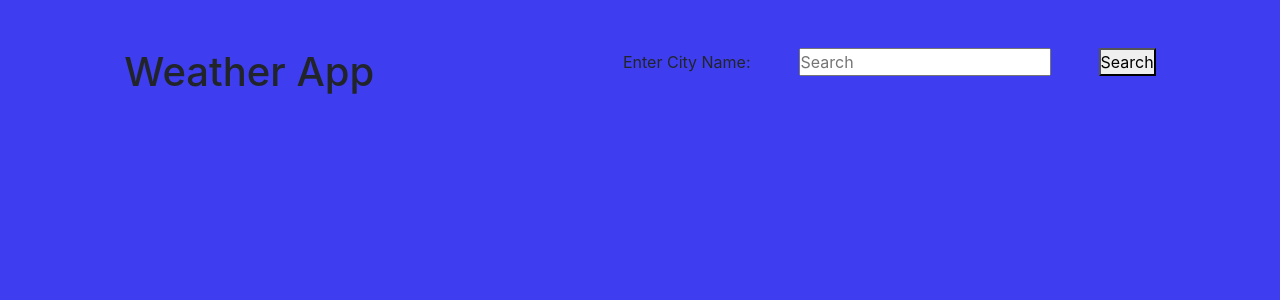
Repository: bhaveshtrades/weatherapp
Page: /
These files come from the project's save history. The page is drawn as it stood at one moment and after a run of saves; the edit follows.
The browser window is 1280 px wide. The pictures show the whole page.
The project was rebuilt for these pictures with package versions that can differ from the ones it lists, and the page was loaded fresh each time. Also part of the build but not shown: src/components/CurrentWeather.jsx.

Above is the page before, as saved 2023-01-08 19:09:53.

After the next 3 saves:
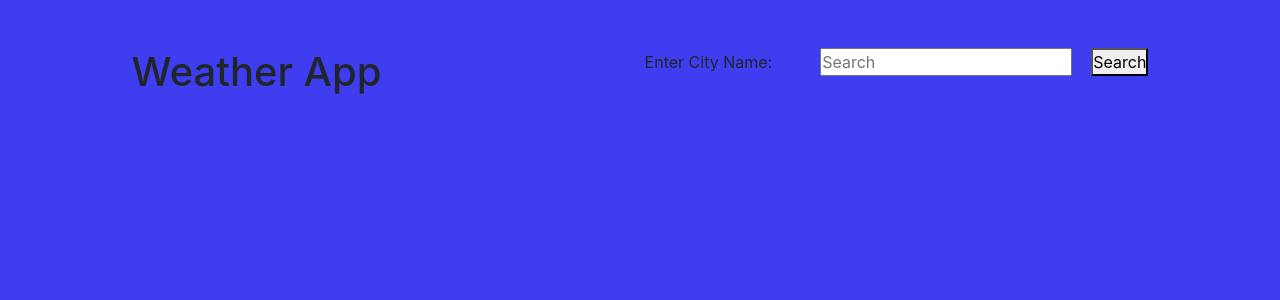
The 3 saves are shown as one change because they came seconds apart.
The last was saved 12 s later.
--- a/src/App.css
+++ b/src/App.css
@@ -18,7 +18,7 @@ body{
 }
 
 .searchButton{
-  margin-left: 3rem;
+  margin-left: 1.2rem;
 }
 
 .cDiv1{
